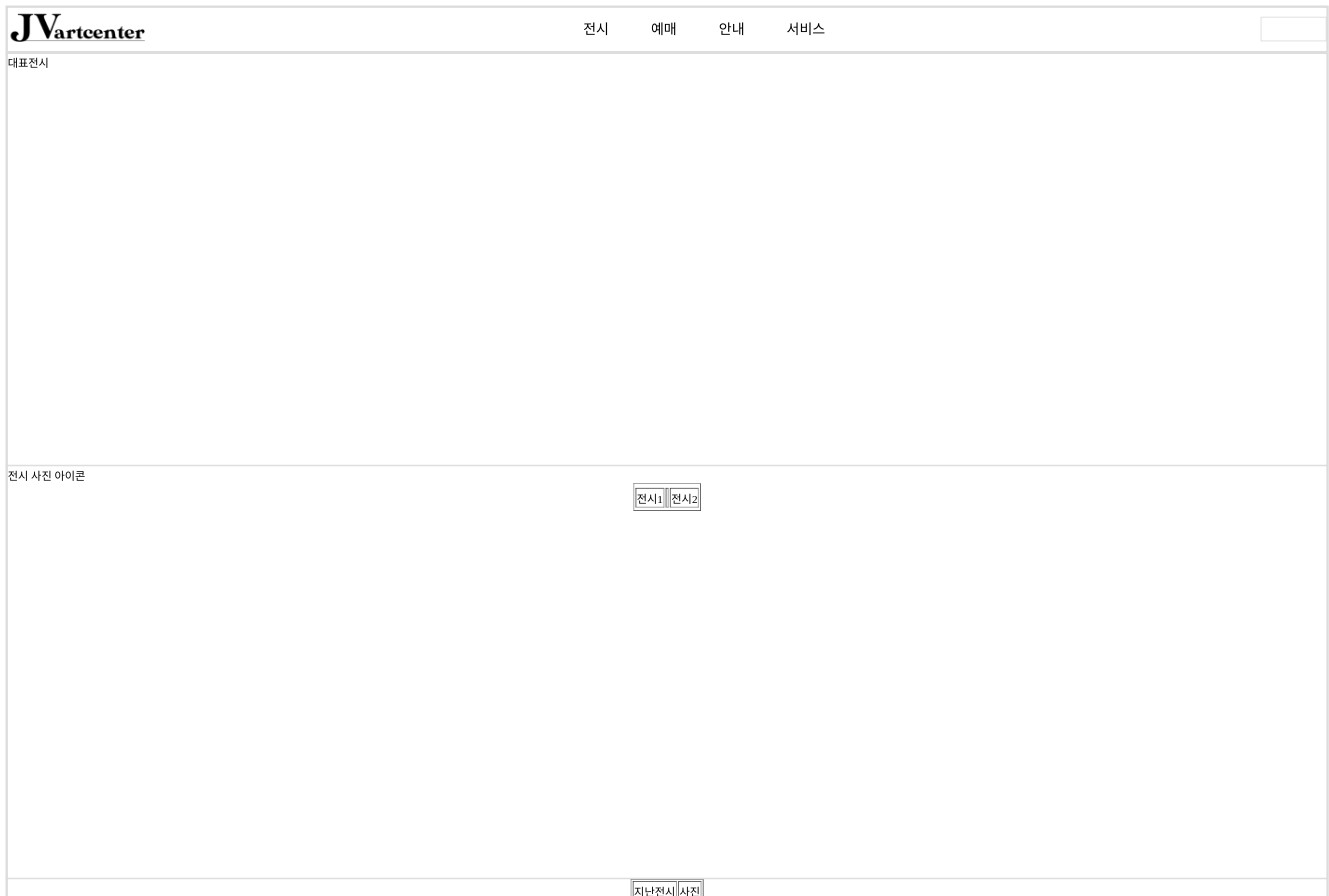
Repository: pshysd/SEMI_PROJECT
Page: http://localhost/JVArtCenter/
An editor plug-in stored every save of this project. The page is shown before and after the next save, followed by the edit.
The browser window is 1280 px wide. The page is 1898 px wide, so the pictures cover 1898 px, including what lies to the right of the window. The pictures show the part of the page from y = 0 to 1280 px (the page is 3296 px tall), at 70% of full size.
The page is served by Tomcat 9. Nobody is signed in. The application's start-up code is not run. Other server files are loaded and not shown.

Above is the page before, as saved 2022-10-21 11:10:00.

### JVArtCenter/WebContent/index.jsp
<%@ page language="java" contentType="text/html; charset=UTF-8"
    pageEncoding="UTF-8"%>
<%
	String contextPath = request.getContextPath();
%>
<!DOCTYPE html>
<html>
<head>
<meta charset="UTF-8">
<title>JV Art Center</title>
<style>
      .wrap {
        width: 1890px;
        height: 3280px;
      }

      div {
        border: 1px solid lightgray;
        box-sizing: border-box;
      }

      #header {
        height: 2%;
      }

      #body {
        margin: 0;
        font-family: "Nanum Gothic Coding", monospace;
      }

      a {
        text-decoration: none;
        color: black;
      }

      #search,
      #user,
      #calender {
        padding: 10px 12px;
      }

      #navbar {
        display: flex;
        justify-content: space-between;
        align-items: center;
        box-sizing: border-box;
        height: 100%;
      }

      #navbar_menu a {
        display: block;
        line-height: 35px;
      }

      #navbar_icons {
        font-size: 20px;
        display: flex;
        padding: 5px 10px;
      }

      #navbar_menu {
        display: flex;
        list-style: none;
        padding-left: 0;
        font-size: large;
        position: relative;
      }

      #navbar_menu > li {
        padding: 5px 30px;
        font-size: 20px;
        position: static;
      }

      #navbar_logo {
        list-style: none;
        padding: 0px;
      }

      /* 서브메뉴를 담당하는 ul 태그에 대한 스타일 */
      #navbar_menu > li > ul {
        list-style-type: none;
        padding: 0px;
        display: none; /* 평소에는 안보여주다가 마우스가 올라가는 순간 보여지게끔 */
        position: absolute;
      }

      /* 메인메뉴에 마우스가 올라가는 순간 서브메뉴가 펼쳐져서 보이게끔 */
      #navbar_menu > li > a:hover + ul {
        display: block; /* 메인메뉴에만 마우스가 올라갔을때만 유지됨 */
        background-color: beige;
      }

      /* 서브메뉴에도 마우스가 올라갈 때 펼쳐진게 유지될 수 있게끔 */
      #navbar_menu > li > ul:hover {
        display: block;
        background-color: beige;
      }

      /* 서브메뉴 글씨만 좀 더 작게 보이게끔 */
      #navbar_menu > li > ul a {
        font-size: 15px;
      }

      #navbar_menu > li > ul a:hover {
        font-size: 18px;
      }

      #content {
        height: 90%;
      }

      #main-content1,
      #main-content2,
      #main-content3,
      #main-content4,
      #main-content5 {
        height: 20%;
      }

      #footer {
        height: 8%;
        background-color: black;
        color: white;
      }

      #footer > p {
        padding: 10px;
        box-sizing: border-box;
      }

      #footer_etc {
        padding: 10px;
      }

      #footer_etc a {
        text-decoration: none;
        color: white;
      }
    </style>
</head>
<body>
    <div class="wrap">
      <div id="header">
        <!--헤더영역-->

        <div id="navbar">
          <ul id="navbar_logo">
            <li>
              <a href=""><img src="resources/image/logo.png" width="200px"></a>
            </li>
          </ul>

          <ul id="navbar_menu">
            <li>
              <a href="">전시</a>
              <ul>
                <li><a href="">현재전시</a></li>
                <li><a href="">지난전시</a></li>
                <li><a href="">오픈예정</a></li>
              </ul>
            </li>
            <li>
              <a href="<%= contextPath %>/step1.rsv">예매</a>
              <ul>
                <li><a href="">전시예매</a></li>
              </ul>
            </li>
            <li>
              <a href="">안내</a>
              <ul>
                <li><a href="">JV소개</a></li>
                <li><a href="">전시관 안내</a></li>
              </ul>
            </li>
            <li>
              <a href="">서비스</a>
              <ul>
                <li><a href="">공지사항</a></li>
                <li><a href="">FAQ</a></li>
                <li><a href="">1:1문의</a></li>
                <li><a href="">뉴스레터</a></li>
              </ul>
            </li>
          </ul>
          <div id="navbar_icons">
            <a href=""
              ><i id="search" class="fa-solid fa-magnifying-glass"></i
            ></a>
            <a href=""
              ><i id="calender" class="fa-regular fa-calendar-days"></i
            ></a>
            <a href=""><i id="user" class="fa-regular fa-user"></i></a>
          </div>
        </div>
      </div>

      <div id="content">
        <div id="main-content1">대표전시</div>

        <div id="main-content2">
          <table border="1" style="margin: auto">
            <tr id="table2">
              전시
            </tr>
            <tr></tr>
            <tr id="table3">
              사진
              <td>전시1</td>
              <td></td>
              <td>전시2</td>
            </tr>
            <tr table="table4">
              아이콘
            </tr>
          </table>
        </div>

        <div id="main-content3">
          <table border="1" style="margin: auto">
            <tr>
              <td>지난전시</td>
              <td>사진</td>
            </tr>
            <tr>
              <td>오픈예정</td>
              <td>사진</td>
            </tr>
          </table>
        </div>
        <div id="main-content4">
          <table border="1" style="margin: auto">
            <tr>
              <td colspan="3">뉴스레터</td>
            </tr>
            <tr>
              <td>사진</td>
              <td>왼쪽사진1</td>
              <td>왼쪽사진2</td>
            </tr>
            <tr>
              <td>제목</td>
              <td rowspan="2">사진3</td>
              <td rowspan="2">사진4</td>
            </tr>
            <tr>
              <td>내용</td>
            </tr>
          </table>
        </div>

        <div id="main-content5">
          <table border="1" style="margin: auto">
            <tr>
              <td>공간</td>
              <td>공지사항</td>
              <td>더보기</td>
            </tr>
            <tr>
              <td rowspan="2">공간내용</td>
              <td colspan="2">공지사항1</td>
            </tr>
            <tr>
              <td colspan="2">공지사항2</td>
            </tr>
            <tr>
              <td>더보기</td>
              <td colspan="2">공지사항3</td>
            </tr>
          </table>
        </div>
      </div>

      <div id="footer">
        <!--푸터-->
        <div id="footer_etc">
          <a href="">개인정보처리방침</a> |
          <a href="">이용약관</a>
        </div>
        <p>
            JV 아트센터<br />
            서울특별시 영등포구 선유동2로 57 이레빌딩(구관) 19F, 20F<br /><br />

            Tel 1544-9970<br />

            © 2022 KH Arts Center All right reserved.
        </p>
      </div>
    </div>
  </body>
</html>

After the next save:
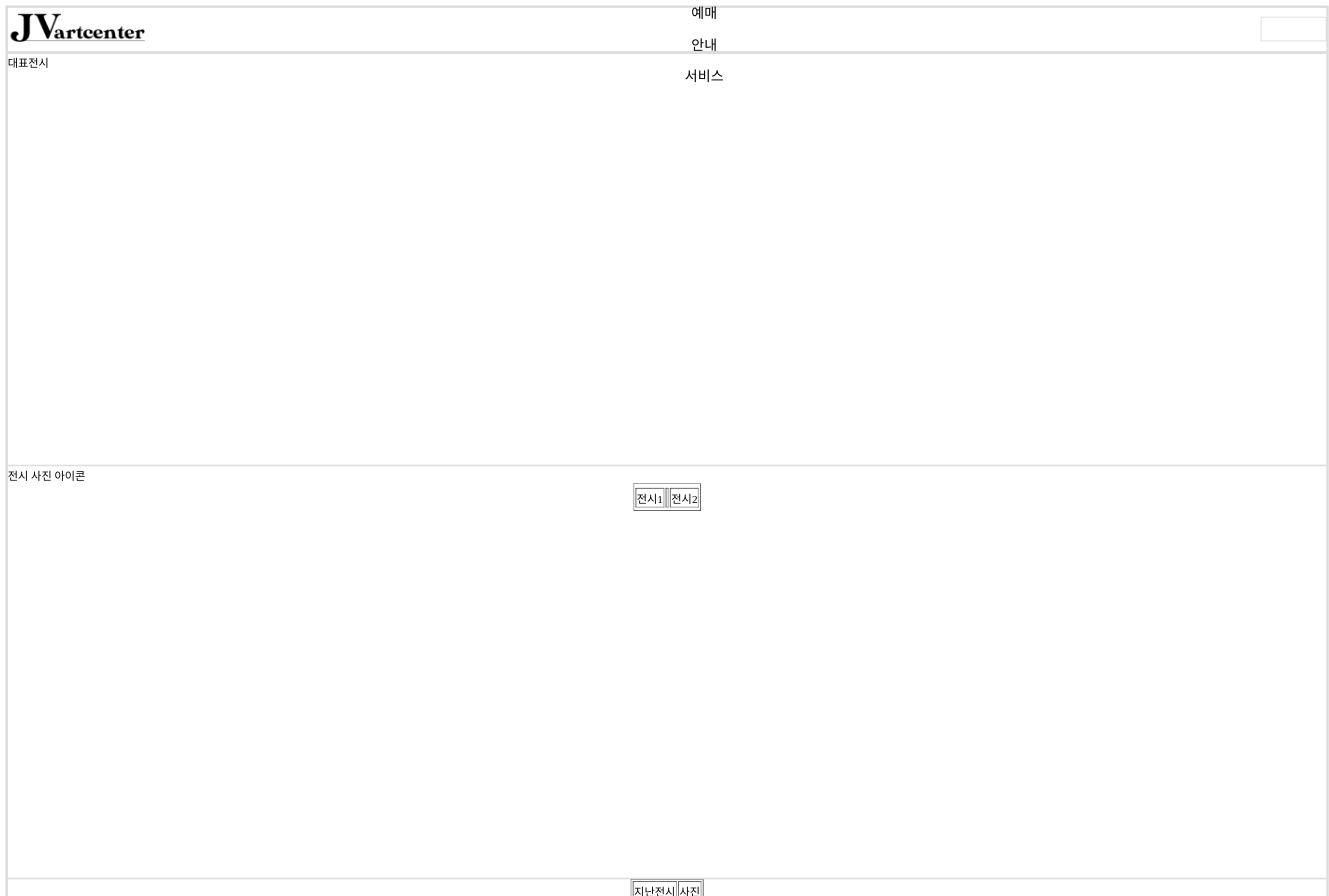
Saved 60 s later.
--- a/JVArtCenter/WebContent/index.jsp
+++ b/JVArtCenter/WebContent/index.jsp
@@ -59,7 +59,6 @@
       }
 
       #navbar_menu {
-        display: flex;
         list-style: none;
         padding-left: 0;
         font-size: large;
@@ -151,7 +150,7 @@
             </li>
           </ul>
 
-          <ul id="navbar_menu">
+          <ul id="navbar_menu" align="center">
             <li>
               <a href="">전시</a>
               <ul>
